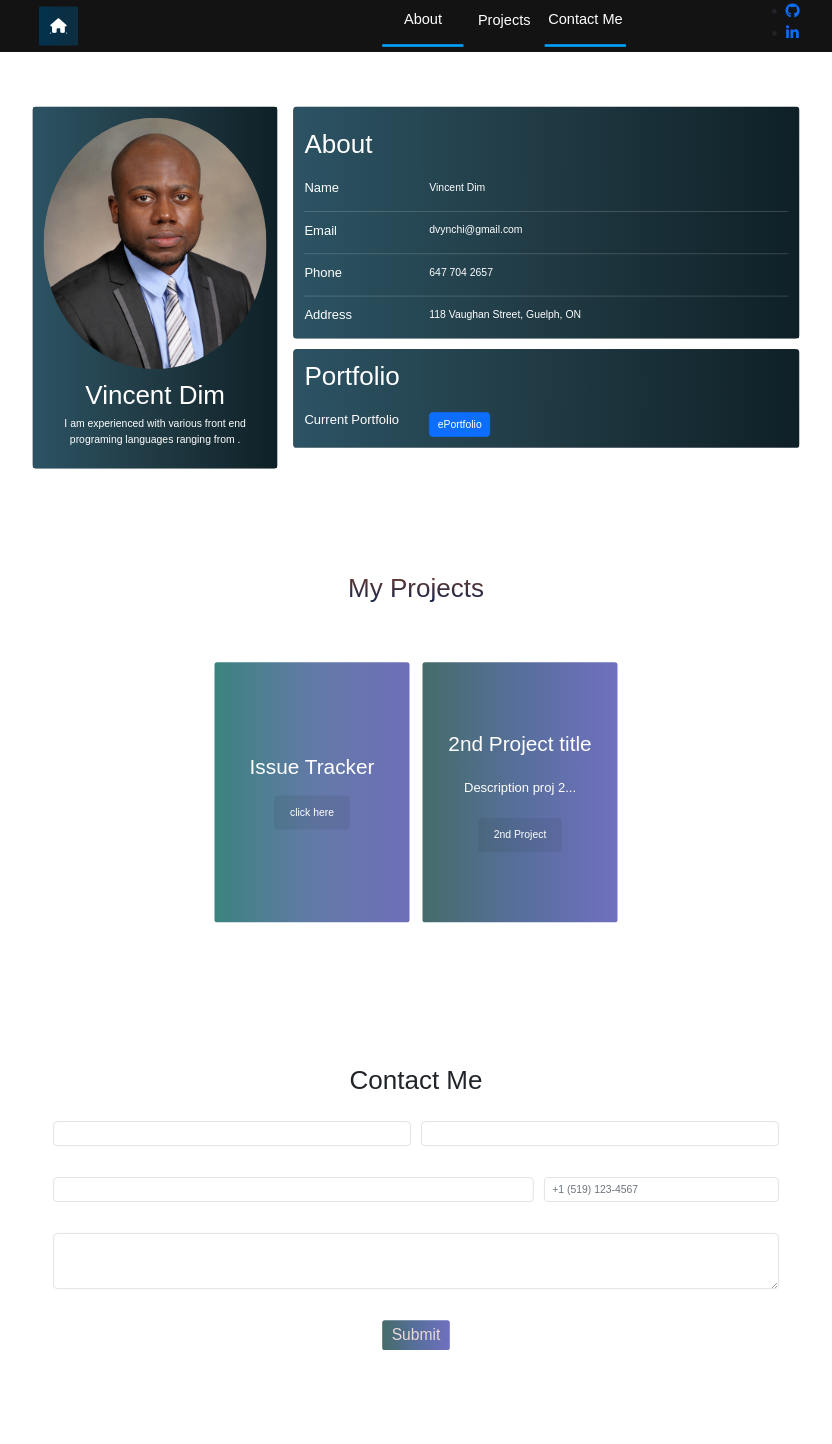
Repository: dvynchi/profile-2022
Page: index.html
The author's editor kept a copy of each file at every save. The page is drawn from the files as they stood at one save, then again after the next save.
The browser window is 1280 px wide. The pictures show the whole page, at 65% of full size.
Some web libraries are served in a nearby version.

Above is the page before, as saved 2022-08-22 21:52:30.

### index.html
<!DOCTYPE html>
<html lang="en">
<head>
    <meta charset="UTF-8">
    <meta http-equiv="X-UA-Compatible" content="IE=edge">
    <meta name="viewport" content="width=device-width, initial-scale=1.0">
    <title>Vincent Dim</title>
    <!-- embed remote icon library -->
    <script src="https://kit.fontawesome.com/f634dfbd28.js" crossorigin="anonymous"></script>
    <link rel="stylesheet" href="styles.css">
    <!-- embed remote style sheet - bootstrap -->
    <link rel="stylesheet" href="https://cdn.jsdelivr.net/npm/bootstrap@5.2.0/dist/css/bootstrap.min.css" rel="stylesheet" integrity="sha384-gH2yIJqKdNHPEq0n4Mqa/HGKIhSkIHeL5AyhkYV8i59U5AR6csBvApHHNl/vI1Bx" crossorigin="anonymous">
</head>

<body>

    <!-- Navbar Section -->

    <nav class="nav">
        <div class="navbar_container">
            <a href="#about" id="navbar_logo"><i class="fa fa-home fa" aria-hidden="true"></i></a>  <!--<a> is used to create hyperlink named color-->

                <!--create hamburger menu (3 bars)-->
            <div class="navbar_toggle" id="mobile-menu">
                <span class="bar"></span>
                <span class="bar"></span>
                <span class="bar"></span>
            </div>

            <!--CREATE NAV MENU-->
            <ul class="navbar_menu">
                <li class="navbar_item">
                    <a href="#about" class="navbar_links" id="about-page">About</a>
                </li>
                <li class="navbar_item">
                    <a href="#projects" class="navbar_links" id="projects-page">Projects</a>
                </li>
                <li class="navbar_item">
                    <a href="#contact" class="navbar_links" id="contact-page">Contact Me</a>
                </li>
            </ul>

            <!-- GitHub and Linkedin -->
            <ul class="icons">
                <li><a href="https://github.com/dvynchi/" class="github-icon"><span class="fa-brands fa-github"></span></a></li>
                <li><a href="#" class="linkedin-icon"><span class="fa-brands fa-linkedin-in"></span></a></li>
            </ul>
        </div>
    </nav>

    <!-- ABOUT and SIDEBAR -->
    <div class="main" id="about">
        <div class="main_container">
             <!-- SIDE BAR SECTION -->
             <div class="row">
                <div class="col-md-4 mt-1">
                    <div class="card text-center sidebar">
                        <div class="card-body">
                            <img src="./images/profile-pic-crop.png" class="rounded-circle" width="315" alt="profile picture">
                            <div class="mt-3">
                                <h3>Vincent Dim</h3>
                                <!-- <h2>Web Developer</h2> -->
                                <p>I am experienced with various front end programing languages ranging from .</p>
                            </div>
                        </div>
                    </div>
                </div>
                <!-- ABOUT SECTION -->
                <div class="col-md-8 mt-1">
                    <div class="card mb-3 content">
                        <h1 class="m-3 pt-3">About</h1>
                        <div class="card-body">
                            <div class="row">
                                <div class="col-md-3"><h5>Name</h5></div>
                                <div class="col-md-9"> Vincent Dim </div>
                            </div>
                            <hr> <!-- line break -->

                            <div class="row">
                                <div class="col-md-3"><h5>Email</h5></div>
                                <div class="col-md-9"> dvynchi@gmail.com</div>
                            </div>
                            <hr> <!-- line break -->

                            <div class="row">
                                <div class="col-md-3"><h5>Phone</h5></div>
                                <div class="col-md-9">647 704 2657</div>
                            </div>
                            <hr> <!-- line break -->

                            <div class="row">
                                <div class="col-md-3"><h5>Address</h5></div>
                                <div class="col-md-9">118 Vaughan Street, Guelph, ON</div>
                            </div>
                        </div>
                    </div>

                    <div class="card mb-3 content">
                        <h1 class="m-3">Portfolio</h1>
                        <div class="card-body">
                            <div class="row">
                                <div class="col-md-3">
                                    <h5>Current Portfolio</h5>
                                </div>
                                <div class="col-md-9">
                                    <a class="btn btn-primary" href="https://drive.google.com/file/d/1lG7DyS50_LphFxIRxCRd57uQMBSZkR4-/view?usp=sharing" role="button">ePortfolio</a>
                                </div>
                            </div>
                        </div>
                    </div>
                </div>
            </div>
        </div>
    </div>


    <!-- PROJECTS SECTION (use image tag in place of p to insert an image)-->

    <div class="projects" id="projects">
        <h1>My Projects</h1>
        <div class="projects_wrapper">

            <div class="projects_card">
                <h2>Issue Tracker</h2>
                <!-- <p>Description proj 1...</p> -->
                <div class="projects_btn"><button onclick="location.href='https://dvynchi.github.io/issue-tracker/'" type="button">click here</button></div>
            </div>
            <!-- ------------------------- -->
            <div class="projects_card">
                <h2>2nd Project title</h2>
                <p>Description proj 2...</p>
                <div class="projects_btn"><button>2nd Project</button></div>
            </div>
            <!-- ------------------------- -->
            <!-- <div class="projects_card">
                <h2>3rd Project title</h2>
                <p>Description proj 3...</p>
                <div class="projects_btn"><button>3rd Project</button></div>
            </div> -->
            <!-- ------------------------- -->
            <!-- <div class="projects_card">
                <h2>4th Project title</h2>
                <p>Description proj 4...</p>
                <div class="projects_btn"><button>4th Project</button></div>
            </div> -->
        </div>
    </div>

    <!-- CONTACT SECTION (use image tag in place of p to insert an image)-->

    <div class="main" id="contact">
        <div class="main_container">
            <div class="main_content">
                <div class="container mt-5">
                    <h1>Contact Me</h1>
                    <!-- ----------- start grid (divide one row into cols) ----------->
                    <!-- ----------- Max container width is 12 ----------->
                    <!-- ----------- cols 1 + 2 = 100% , cols 3 + 4 = 100% ------->
                    <!-- ----------- 'required' ensures field must be filled --------->
                    <form class="row g-3" action="https://formsubmit.co/dvynchi@gmail.com" method="POST">

                        <!-- Honeypot -->
                        <input type="text" name="_honey" style="display: none">
                        <!-- Success Page -->
                        <input type="hidden" name="_next" value="https://dvynchi.github.io/profile-2022/success.html">

                        <!-----------col1--medium column of 50% (ie: 6/12)--------->
                        <div class="col-md-6">
                            <label for="firstName" class="form-label">First Name</label>
                            <input type="text" class="form-control"  name="name" id="firstName" required>
                        </div>

                        <div class="col-md-6">
                            <label for="lastName" class="form-label">Last Name</label>
                            <input type="text" class="form-control" name="Last Name" id="lastName" required>
                        </div>

                        <div class="col-md-8">
                            <label for="emailInfo" class="form-label">Email</label>
                            <input type="email" class="form-control" name="email" id="emailInfo" required>
                        </div>

                        <div class="col-md-4">
                            <label for="phoneNumber" class="form-label">Phone</label>
                            <input type="text" class="form-control" name="phone" id="phoneNumber" placeholder="+1 (519) 123-4567">
                        </div>
                        <!-- -------- comments box - full width of the container ------>
                        <div class="col-md-12">
                            <label for="message" class="form-label">Message</label>
                            <textarea class="form-control" id="message" name="message" rows="3" required></textarea>
                        </div>
                        <!-- -------- Button ------>
                        <div class="col-md-12">
                            <!-- <button class="submit" id="btn btn-primary">Submit</button> -->
                            <!-- Used <a> so hover effect doesn't cover text. -->
                            <button class="submit" id="btn btn-primary"><a> Submit</a></button>
                        </div>

                    </form>
                </div>
            </div>
        </div>
    </div>


    <!-- link app.js -->
    <!-- script tag is used to embed javascript-->
    <script src="app.js"></script>
</body>
</html>

### styles.css
* {
    box-sizing: border-box;
    margin: 0;
    padding: 0;
    font-family: 'Kumbh Sans', sans-serif;
    scroll-behavior: smooth;
}


/******************************************* NAV SECTION ***********************************************/
.nav {
    background: #131313;   /* Hex code */
    height: 80px;
    display: flex;
    justify-content: center;
    align-items: center;
    font-size: 1.4rem;        /* 1.4 * 16px */
    position: sticky;
    top: 0;
    z-index: 999;             /* so navbar is always on top when scrolling */
}

.navbar_container {
    display: flex;
    justify-content: space-between;
    text-align: center;
    height: 80px;
    z-index: 1;
    width: 100%;
    max-width: 1300px;
    margin: 0 auto ;           /* (top and bottom) (left and right) */
    padding: 0 50px;
}


/* id(#) is used to style only one element on the webpage */
/* class(.) is used to style multiple elements */


/* I added an icon as opposed to text */

#navbar_logo {
    margin: 10px;
    height: 60px;
    width: 60px;
    border-radius: 2px;
    display: flex;
    flex-direction: column;
    justify-content: center;
    color: #fff;
    background-image: linear-gradient(to right, #03324e 0%, #0e2d3e 100%);
}

.navbar_menu {
    display: flex;
    align-items: center;
    list-style: none;
}

.navbar_item {
    height: 80px;
}

.navbar_links {
    color: #fff;
    display: flex;
    align-items: center;
    justify-content: center;
    width: 125px;
    text-decoration: none;
    height: 100%;
    transition: all 0.3s ease;
}

/*Home icon properties*/
.navbar_btn {
    display: flex;
    justify-content: center;
    align-items: center;
    padding: 0 1rem;                         /* top bottom, left right */
    width: 100%;
}

/* nav links glow upon hover */
.navbar_links:hover {
    color:#1176b9;
    transition: all 0.3s ease;
}

/* RESPONSIVENESS */
/* site adjusts width of display */
/* If [device width] is less than or equal to max-width do {..} */

@media screen and (max-width: 960px) {
    .navbar_container {
        display: flex;
        justify-content: space-between;
        height: 80px;
        z-index: 1;
        width: 100%;
        max-width: 1300px;
        padding: 0;
    }

    /* DROPDOWN PROPERTIES */
    .navbar_menu {
        display: grid;
        grid-template-columns: auto;
        margin: 0;
        width: 100%;
        position: absolute;
        top: -1000px;               /* Prevents navbar from clustering together if page is below max-width. Must be used with position absolute */
        opacity: 1;
        transition: all 0.5s ease;
        z-index: -1;
    }

    .navbar_menu.active {
        background: #131313;
        top: 100%;
        opacity: 1;
        transition: all 0.5s ease;
        z-index: 99;
        height: 40vh;
        font-size: 1.6rem;
    }

    #navbar_logo {
        padding-left: 1px;       /* home button - originally 25px */
    }

    /* HAMBURGER SECTION */

    .navbar_toggle .bar {
        width: 25px;
        height: 3px;
        margin: 5px auto;
        transition: all 0.3s ease-in-out;
        background: #fff;
    }

    .navbar_item {
        width: 100%;
    }

    .navbar_links {
        text-align: center;
        padding: 2rem;
        width: 100%;
        display: table;
    }

    .navbar_btn  {
        padding-bottom: 2rem;
    }

    /* HAMBURGER */

    #mobile-menu  {
        position: absolute;
        top: 20%;
        right: 5%;
        transform: translate(5%, 20%);
    }

    .navbar_toggle .bar {
        display: block;
        cursor: pointer;
    }

    /* hamburger menu animation (see app.js) */
    /* hamburger menu id was defined as 'mobile-menu' in index.html */
    /* rotate bars 1,3; but hide bar 2 */

    #mobile-menu.is-active .bar:nth-child(2)  {
        opacity: 0;
    }
    #mobile-menu.is-active .bar:nth-child(1) {
        transform: translateY(8px) rotate(45deg);
    }
    #mobile-menu.is-active .bar:nth-child(3) {
        transform: translateY(-8px) rotate(-45deg);
    }

}


/* SCROLL ATTRIBUTE - line under nav links*/
.highlight {
    border-bottom: 4px solid rgb(0, 162, 255);
}


/******************************************* SIDEBAR ***********************************************/

.card-body {
    background: #0F2027;
    background: -webkit-linear-gradient(to right, #2C5364, #203A43, #0F2027);
    background: linear-gradient(to right, #2C5364, #203A43, #0F2027);
    height: 100%;
}

.card-body h2, .card-body h3, .card-body p {
    color: #fff;
}

/******************************************* ABOUT SECTION ***********************************************/

.main {
    background-color:  white;
    padding: 5rem 0;                        /* was 10rem, but too much space */
}

.main_container {
    display: grid;
    grid-template-columns: 1fr;      /*original was 1fr 1fr - split into two halves but not enough space */
    align-items: center;
    justify-content: center;
    margin: 0 auto;
    height: 90%;
    z-index: 1;
    width: 100%;
    max-width: 1300px;
    padding: 0 50px;
}

.main_container h3 {
    font-size: 2.5rem;
}

.row {
    color: #fff;
}

.card {
    background: -webkit-linear-gradient(to right, #2C5364, #203A43, #0F2027);
    background: linear-gradient(to right, #2C5364, #203A43, #0F2027);
}


/* Mobile Responsiveness for Sidebar, About and Contact Sections */

@media screen and (max-width: 1300px) {
    main_container
    {
        display: grid;
        grid-template-columns: 1fr;
        align-items: center;
        justify-content: center;
        width: 100%;
        margin: 0 auto;
        height: 90%;
    }

    .main_content  {
        text-align: center;
        margin-bottom: 4rem;
    }

    .main_content h1  {
        font-size: 2.5rem;
        margin-top: 2rem;
    }

    .main_content h2  {
        font-size: 2.5rem;
    }

    .main_content p  {
        font-size: 1rem;
        margin-top: 1.5rem;
    }

    .row img {                                       /* center image with screen change */
        display: grid;
        grid-template-columns: 1fr;
        align-items: center;
        justify-content: center;
        width: 100%;
        margin: 0 auto;
        height: 90%;

    }
}


/******************************************* PROJECTS SECTION ***********************************************/

.projects {
    background: white;
    display: flex;
    flex-direction: column;
    justify-content: center;
    align-items: center;
    height: 100%;
    padding: 5rem 0;                                 /* was 10rem, but too much space */
  }

.projects h1 {
    background-color: #6325a1;
    background-image: linear-gradient(to top, #10234c 0%, #724030 100%);
    background-size: 100%;
    -webkit-background-clip: text;
    -moz-background-clip: text;
    -webkit-text-fill-color: transparent;
    -moz-text-fill-color: transparent;
    margin-bottom: 5rem;
    font-size: 2.5rem;
}

.projects_wrapper {
    display: grid;
    grid-template-columns: 1fr 1fr;     /* add more per new project */
    grid-template-rows: 1fr;
}

/* Add color to each project card */

.projects_card {
    margin: 10px;
    height: 400px;
    width: 300px;
    border-radius: 4px;
    display: flex;
    flex-direction: column;
    justify-content: center;
    color: #fff;
    background-image: linear-gradient(to right,#3b837e, #627aa6, #6f6fb9);
    transition: 0.3s ease-in;
}

.projects_card:nth-child(2) {
    background: #7F7FD5;  /* fallback for old browsers */
    background: -webkit-linear-gradient(to right, #3b837e, #627aa6, #6f6fb9);
    background: linear-gradient(to right, #456c69, #576f9c, #7070bf);
}

.projects_card:nth-child(3) {
    background: #7F7FD5;  /* fallback for old browsers */
    background: -webkit-linear-gradient(to right, #3b837e, #627aa6, #6f6fb9);
    background: linear-gradient(to right, #456c69, #576f9c, #7070bf);
}

.projects_card:nth-child(4) {
    background: #7F7FD5;
    background: -webkit-linear-gradient(to right, #3b837e, #627aa6, #6f6fb9);
    background: linear-gradient(to right, #456c69, #576f9c, #7070bf);
}

.projects_card:nth-child(5) {
    background: #7F7FD5;
    background: -webkit-linear-gradient(to right, #3b837e, #627aa6, #6f6fb9);
    background: linear-gradient(to right, #456c69, #576f9c, #7070bf);
}

.projects_card:nth-child(6) {
    background: #7F7FD5;
    background: -webkit-linear-gradient(to right, #3b837e, #627aa6, #6f6fb9);
    background: linear-gradient(to right, #456c69, #576f9c, #7070bf);
}

.projects_card h2 {
    text-align: center;
}

.projects_card h3 {
    text-align: center;
}

.projects_card p {
    text-align: center;
    margin-top: 24px;
    font-size: 20px;
}

.projects_btn {
    display: flex;
    justify-content: center;
    margin-top: 16px;
}

/* button properties and animation. The entire card is the button */

.projects_card button {
    color: #fff;
    padding: 14px 24px;
    border: none;
    outline: none;
    border-radius: 4px;
    background: #13131313;
    font-size: 1rem;
}

.projects_card button:hover {
    cursor: pointer;
}

.projects_card:hover {
    transform: scale(1.075);
    transition: 0.3s ease-in;
    cursor: pointer;
}

/* split cards into grid at specified browser width */

@media screen and (max-width: 1300px) {
    .projects_wrapper {
        grid-template-columns: 1fr 1fr;
    }
}

@media screen and (max-width: 768px) {
    .projects_wrapper {
        grid-template-columns: 1fr;
    }
}

/******************************************* CONTACT SECTION ***********************************************/


.main_content {
    text-align: center;
    margin-bottom: 4rem;
}

.main_content h1 {
    font-size: 2.5rem;
    margin-top: 2rem;
}

.main_content h2 {
    font-size: 2.5rem;
}

.main_content p {
    font-size: 1rem;
    margin-top: 1.5rem;
}


.submit {
    font-size: 1.5rem;
    background: #7F7FD5;
    background: -webkit-linear-gradient(to right, #3b837e, #627aa6, #6f6fb9);
    background: linear-gradient(to right, #456c69, #576f9c, #7070bf);
    padding: 5px 15px;
    border: none;
    outline: none;
    border-radius: 4px;
    margin-top: 2rem;
    cursor: pointer;
    position: relative;
    color: rgb(234, 216, 216);
    transition: all 0.3s ease;
    outline: none;
}

.submit a {
    position: relative;
    z-index: 2;
    color: #fff;
    text-decoration: none;
}

/* hover effect for button */
.submit::after {
    position: absolute;
    content: '';
    top: 0;
    left: 0;
    width: 0;
    height: 100%;
    background: #740274;
    transition: all 0.35s;
    border-radius: 4px;
}

.submit:hover {
    color: rgb(255, 255, 255);
}

.submit:hover:after {
    width: 100%;
}



.onclick {
    font-size: 10rem;
    background: #7F7FD5;
    background: -webkit-linear-gradient(to right, #3b837e, #627aa6, #6f6fb9);
    background: linear-gradient(to right, #456c69, #576f9c, #7070bf);
    padding: 5px 15px;
    border: none;
    outline: none;
    border-radius: 4px;
    margin-top: 2rem;
    cursor: pointer;
    position: relative;
    color: rgb(234, 216, 216);
    transition: all 0.3s ease;
    outline: none;
}

### app.js
const ham = document.querySelector('#mobile-menu');
const hamLinks = document.querySelector('.navbar_menu');
// const navLogo = document.querySelector('#navbar_logo')

/* display mobile menu using arrow function */
/* toggle the "is-active" class made in css */

const mobileMenu = () =>
{
    ham.classList.toggle('is-active');
    hamLinks.classList.toggle('active');
};

/* Run hamMenu function upon click */
ham.addEventListener('click', mobileMenu);




/************************************* Unnecessary ****************************************************** */


/* Show active menu when scrolling - Auto switch navbar when scrolling */

const highlightMenu = () =>
{
    const elem = document.querySelector('.highlight')
    const homeMenu = document.querySelector('#about-page')
    const aboutMenu = document.querySelector('#projects-page')
    const contactMenu = document.querySelector('#contact-page')

    let scrollPos = window.scrollY

      //   Add highlights class to menu items [desktop view only i.e 960px]
      //   Every 600px while scrolling, the tabs auto switch to the corresponding page
    if (window.innerWidth > 960 && scrollPos < 600)
    {
        homeMenu.classList.add('highlight')
        aboutMenu.classList.remove('highlight')
        return;
    }
    else if (window.innerWidth > 960 && scrollPos < 1400)
    {
        aboutMenu.classList.add('highlight')
        homeMenu.classList.remove('highlight')
        contactMenu.classList.remove('highlight')
        return;
    }
    else if (window.innerWidth > 960 && scrollPos < 2345)
    {
        contactMenu.classList.add('highlight')
        aboutMenu.classList.remove('highlight')
        return;
    }

    if ((elem && window.innerWidth < 960 && scrollPos < 600) || elem)
    {
        elem.classList.remove('highlight')
    }

}

// call highlightMenu
window.addEventListener('scroll', highlightMenu);
window.addEventListener('click', highlightMenu);

After the next save:
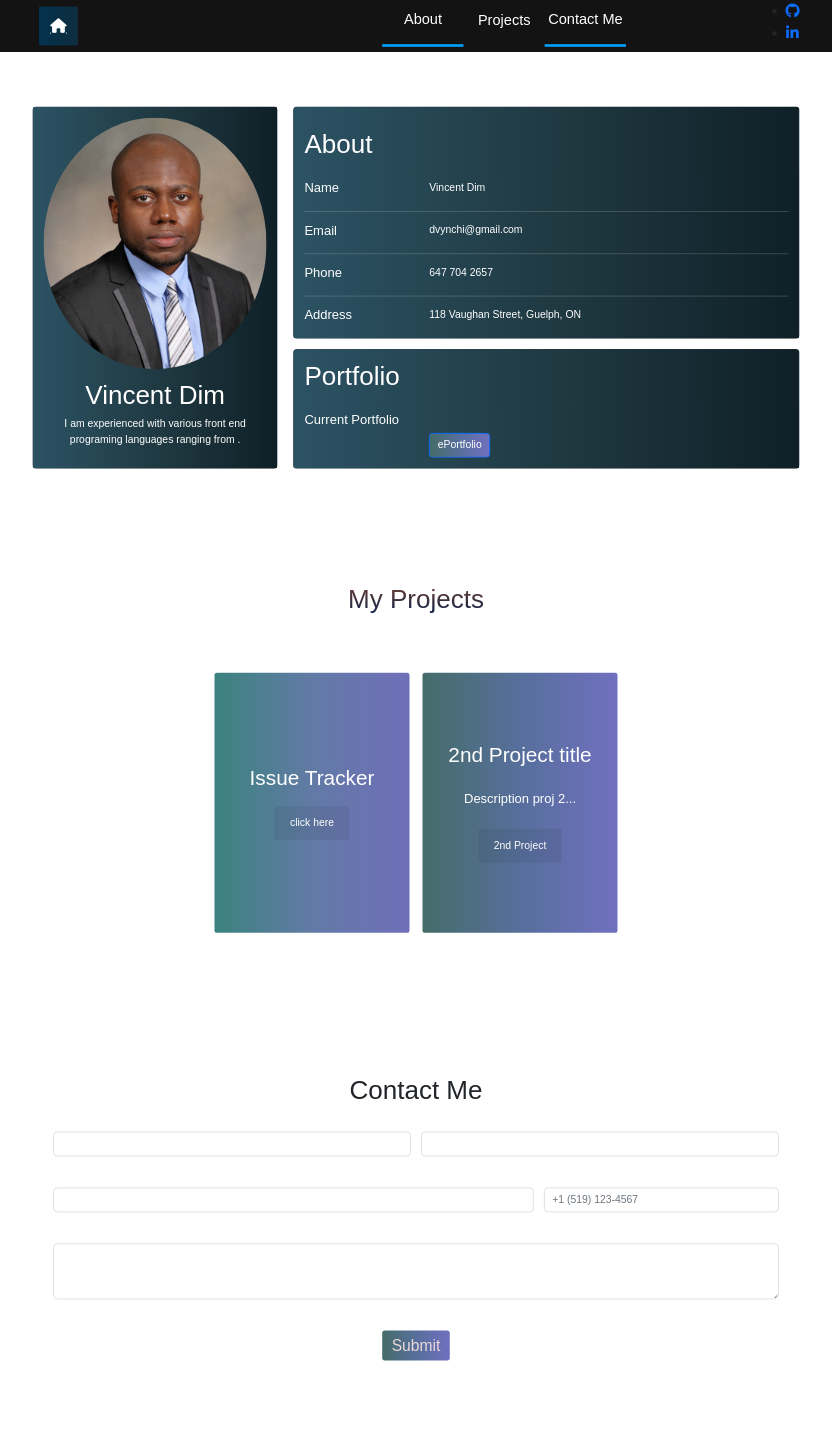
Saved 22 s later.
--- a/styles.css
+++ b/styles.css
@@ -485,7 +485,7 @@
 
 
 
-.onclick {
+.btn {
     font-size: 10rem;
     background: #7F7FD5;
     background: -webkit-linear-gradient(to right, #3b837e, #627aa6, #6f6fb9);
